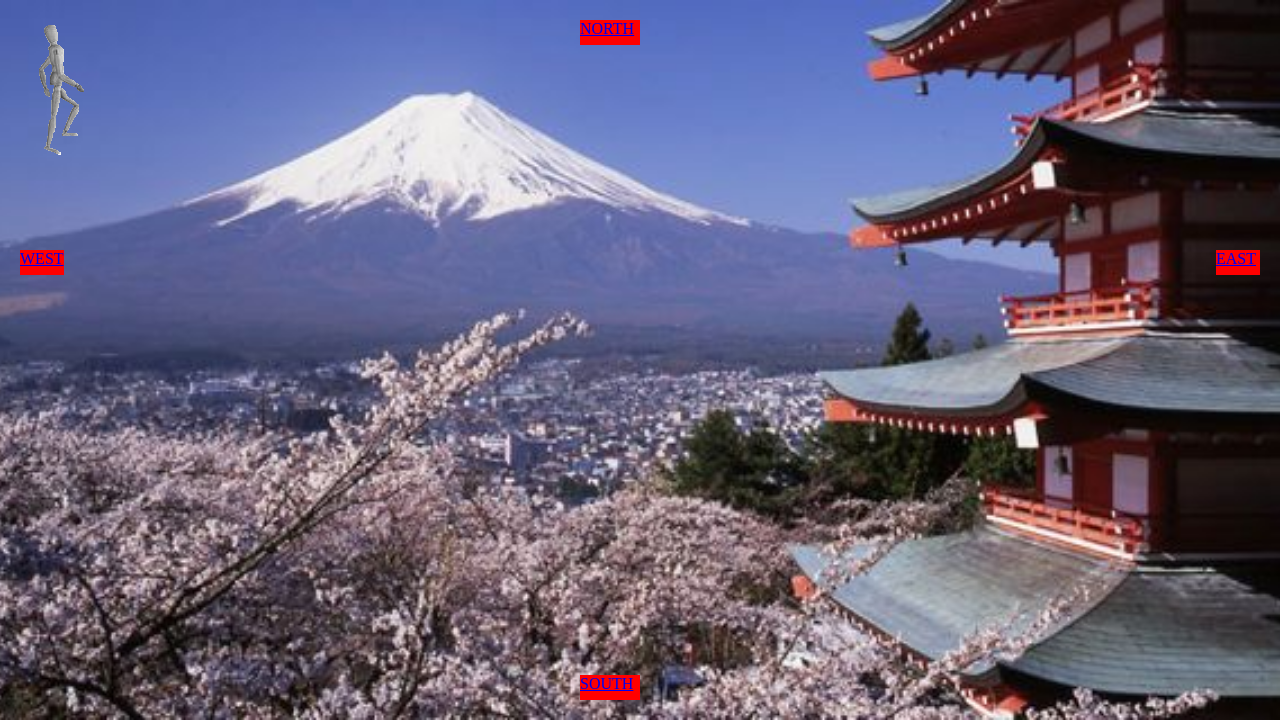
Repository: akihm683/akihm683.github.io
Page: map/japan/japan.html
The author's editor kept a record of every edit. The page is drawn from the files as they stood at one moment, then again after the next edit.
The browser window is 1280 px wide. The pictures show the whole page.

Above is the page before.

After the next edit:
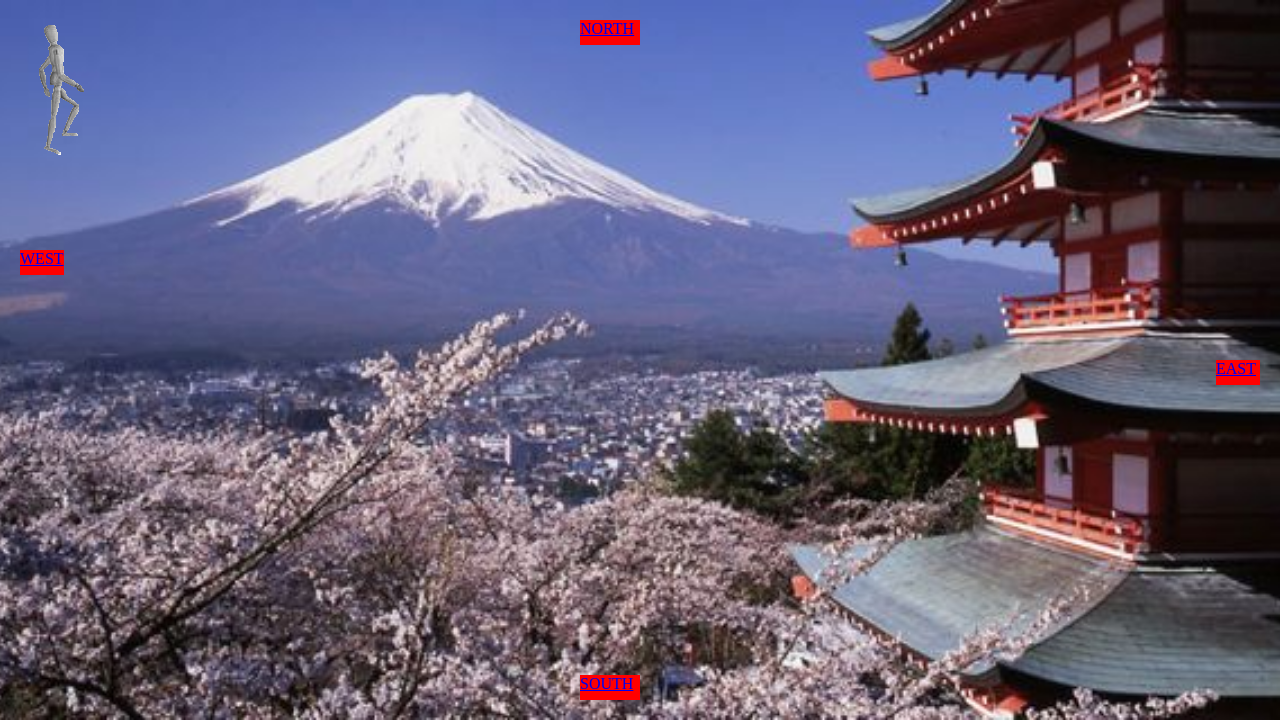
The edit:
--- a/map/japan/japan.css
+++ b/map/japan/japan.css
@@ -40,7 +40,7 @@
 .east {
 	position: fixed;
 	right: 20px;
-	top: 250px;
+	top: 50%;
 	width: 44px;
 	height: 25px;
 	background-color: red;
